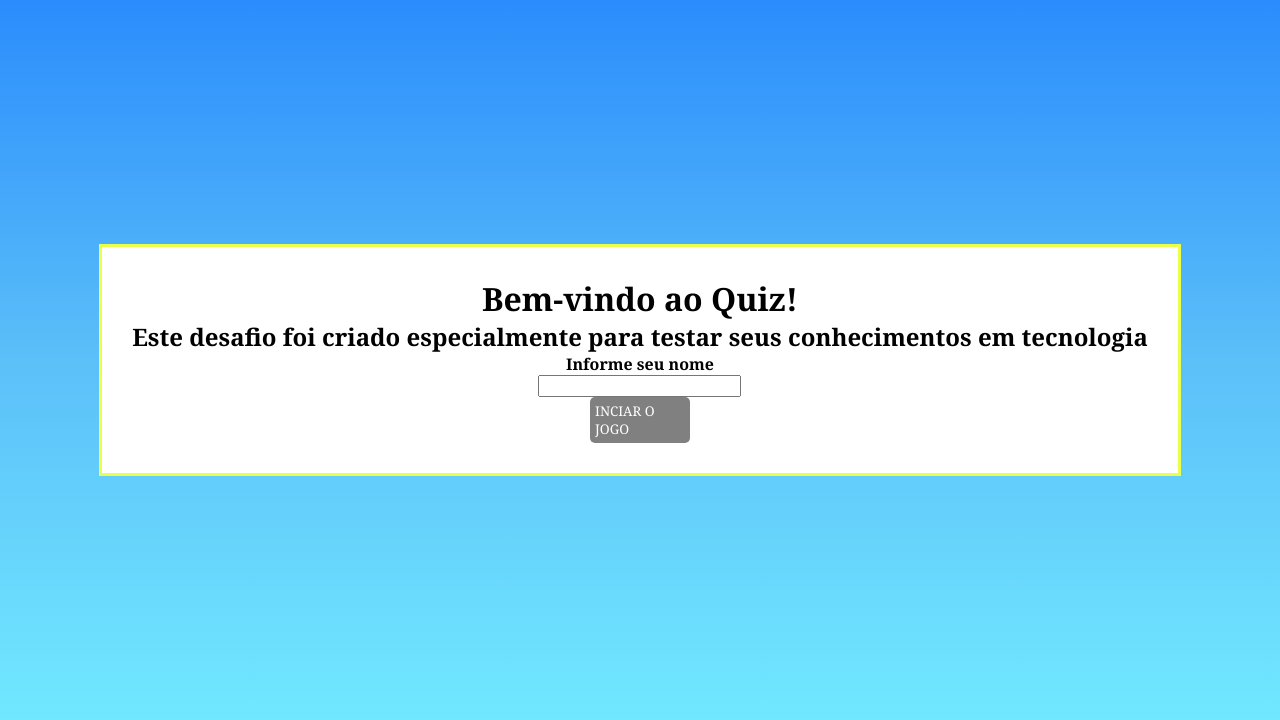
Repository: LaisSilvaO/Projeto-Quizz
Page: telas/apresentação.html
The author's editor kept a copy of each file at every save. The page is drawn from the files as they stood at one save, then again after the next save.
The browser window is 1280 px wide. The pictures show the whole page.

Above is the page before, as saved 2024-12-25 18:36:34.

### telas/apresentação.html
<!DOCTYPE html>
<html lang="pt-br">

<head>
    <meta charset="UTF-8">
    <meta name="viewport" content="width=device-width, initial-scale=1.0">
    <title>Quiz</title>
    <link rel="stylesheet" href="../img/tela.css">
</head>

<body>
    <div class="borda1">
        <H1> Bem-vindo ao Quiz!</H1>

        <h2>Este desafio foi criado especialmente para testar seus conhecimentos em tecnologia


        </h2>
        <h4>Informe seu nome </h4>
        <input type="text" id="nome">
        <A href="index.html">
            <h4><button>INCIAR O JOGO</button></h4>
        </A>
    </div>

</body>

</html>

### img/tela.css
* {
  margin: 0;
  padding: 0;
  box-sizing: border-box;
  font-family: Cambria, Cochin, Georgia, Times, 'Times New Roman', serif;
}

body {
  height: 100vh;
  display: flex;
  justify-content: center;
  flex-direction: column;
  flex-wrap: wrap;
  align-items: center;
  gap: 5px;
  background: linear-gradient(180deg, rgba(19, 128, 252, 0.9) 0%, rgba(80, 187, 248, 0.932), rgba(103, 230, 255, 0.932) 100%);
}

main {
  background-color: white;
  padding: 10px;
  border-radius: 10px;
  width: 100%;
  max-width: 600px;
  min-height: 400px;
  display: flex;
  align-items: center;
  justify-content: center;
}

.content {
  display: flex;
  flex-direction: column;
  width: 100px;
  gap: 10px;
}

.qtddquestao {
  text-align: end;
}

.resposta {
  display: flex;
  flex-direction: column;
  gap: 5px;
}

button {
  width: 100px;
  text-align: start;
  padding: 5px;
  border: none;
  border-radius: 5px;
  cursor: pointer;
  background-color: grey;
  color: white;
}

.final {
  display: none;
  flex-direction: column;
  gap: 10px;
}

.borda1{
  display: flex;
  flex-direction: column;
  align-items: center;
  border-style:solid;
  border-color: rgba(225, 255, 0, 0.708);

}
div{
  background-color: white;
  padding: 30px;
}

After the next save:
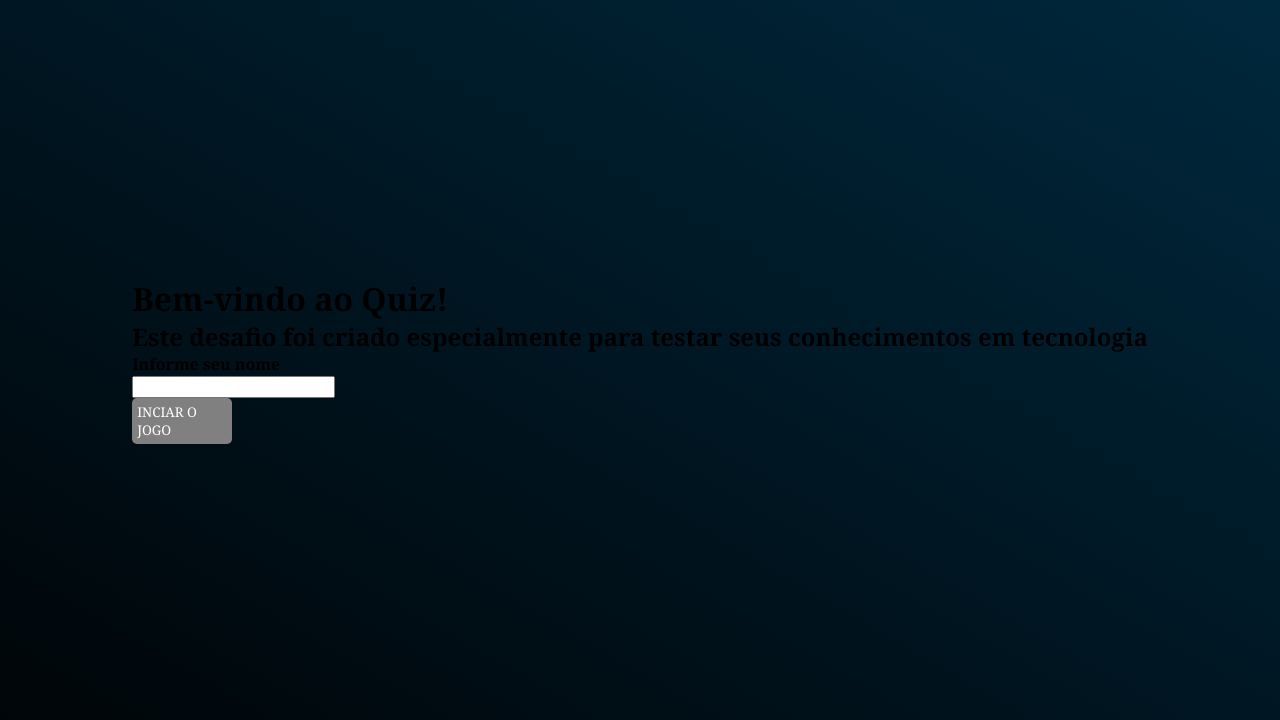
Saved 8 min 55 s later.
--- a/img/tela.css
+++ b/img/tela.css
@@ -13,7 +13,7 @@ body {
   flex-wrap: wrap;
   align-items: center;
   gap: 5px;
-  background: linear-gradient(180deg, rgba(19, 128, 252, 0.9) 0%, rgba(80, 187, 248, 0.932), rgba(103, 230, 255, 0.932) 100%);
+  background: linear-gradient(210deg, #00283d, #000508)
 }
 
 main {
@@ -61,16 +61,3 @@ button {
   flex-direction: column;
   gap: 10px;
 }
-
-.borda1{
-  display: flex;
-  flex-direction: column;
-  align-items: center;
-  border-style:solid;
-  border-color: rgba(225, 255, 0, 0.708);
-
-}
-div{
-  background-color: white;
-  padding: 30px;
-}
